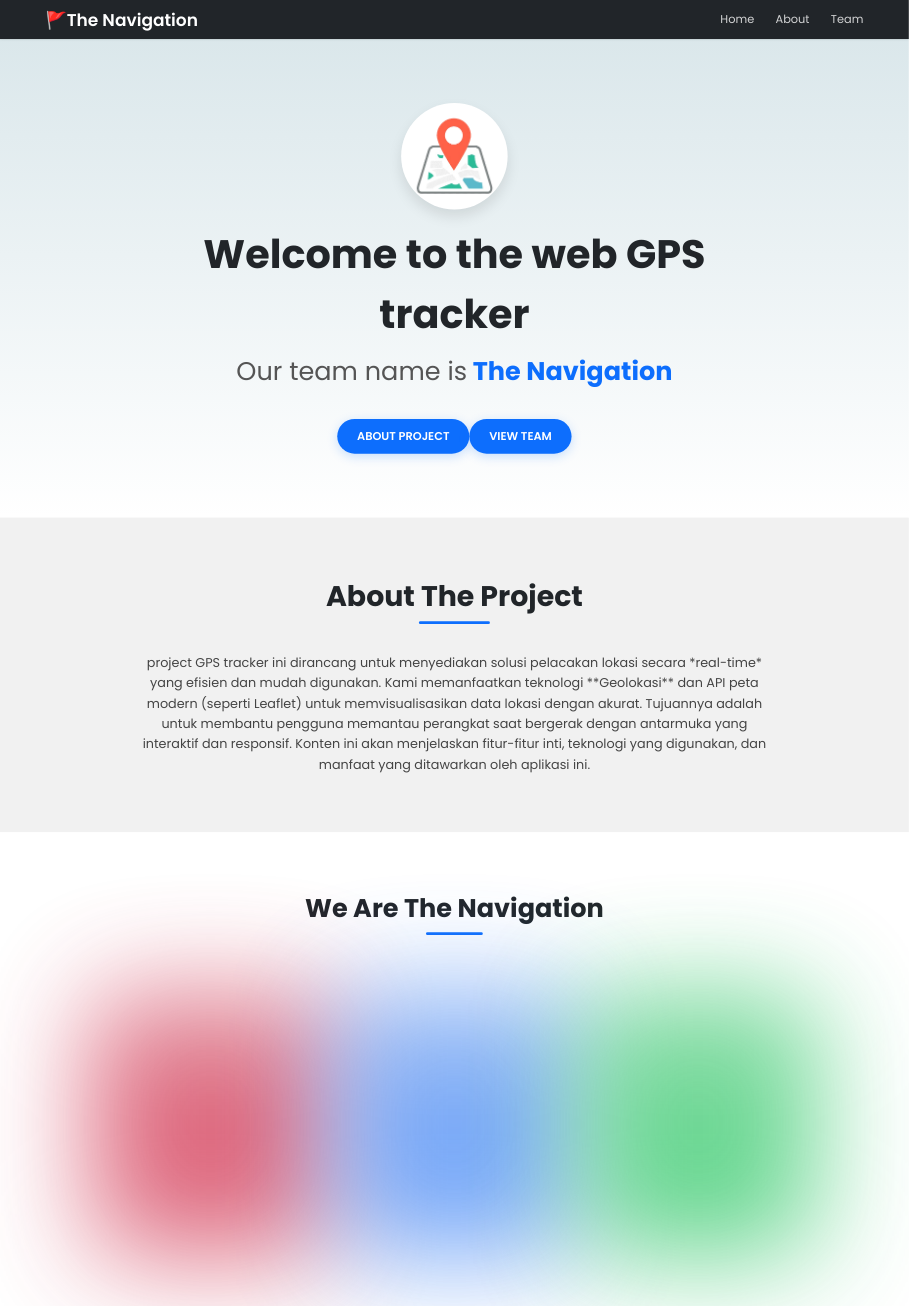
Repository: ammarsetiawan/gps-traker
Page: about.html
An editor plug-in stored every save of this project. The page is shown before and after the next save, followed by the edit.
The browser window is 1280 px wide. The pictures show the whole page, at 71% of full size.
The pointer rests on the first visible `.cards`.

Above is the page before, as saved 2025-11-27 16:57:28.

### about.html
<!DOCTYPE html>
<html lang="en">

<head>
    <meta charset="UTF-8">
    <meta name="viewport" content="width=device-width, initial-scale=1.0">
    <title>GPS Tracking - The Navigation</title>
    <link rel="stylesheet" href="https://unpkg.com/leaflet/dist/leaflet.css" />
    <link href="https://fonts.googleapis.com/css2?family=Poppins:wght@300;400;600;700&display=swap" rel="stylesheet">

    <style>
        :root {
            --primary-color: #0d6efd;
            --secondary-color: #0b5ed7;
            --dark-color: #212529;
            --light-color: #ffffff;
            --background-light: #f1f1f1;
            --red-card: #cf2141;
            --blue-card: #3b82f6;
            --green-card: #22c55e;
            --font-family: 'Poppins', sans-serif;
        }

        /* 🔄 Global Reset & Body */
        * {
            margin: 0;
            padding: 0;
            box-sizing: border-box;
            scroll-behavior: smooth;
        }

        body {
            font-family: var(--font-family);
            background: var(--light-color);
            padding-top: 55px;
            scroll-padding-top: 55px;
            transition: all 0.3s ease;
        }

        /* 🚀 NAVBAR */
        nav {
            background-color: var(--dark-color);
            height: 55px;
            display: flex;
            align-items: center;
            padding: 0 5%;
            position: fixed;
            width: 100%;
            top: 0;
            box-shadow: 0 2px 4px rgba(0, 0, 0, 0.1);
            z-index: 1000;
        }

        nav .brand {
            font-size: 24px;
            font-weight: 600;
            color: var(--light-color);
        }

        nav ul {
            list-style: none;
            display: flex;
            gap: 30px;
            margin-left: auto;
        }

        nav ul li a {
            text-decoration: none;
            color: rgba(255, 255, 255, 0.8);
            font-size: 16px;
            font-weight: 400;
            transition: 0.3s ease;
            position: relative;
            padding-bottom: 5px;
        }

        nav ul li a:hover {
            color: var(--light-color);
        }

        nav ul li a::after {
            content: '';
            position: absolute;
            width: 0;
            height: 2px;
            display: block;
            margin-top: 5px;
            right: 0;
            background: var(--primary-color);
            transition: width 0.3s ease;
        }

        nav ul li a:hover::after {
            width: 100%;
            left: 0;
            right: auto;
        }

        /* 🏠 Hero Section */
        .background {
            background: linear-gradient(to bottom, rgba(73, 136, 155, 0.2), rgba(92, 92, 88, 0));
            min-height: calc(100vh - 55px);
            padding: 50px 0;
            position: relative;
        }

        .container {
            height: 100%;
            display: flex;
            justify-content: center;
            align-items: center;
            padding: 0 5%;
        }

        .sub-container {
            padding: 40px 20px;
            text-align: center;
            max-width: 800px;
            margin: 0 auto;
        }

        .card-icons {
            width: 150px;
            height: 150px;
            display: flex;
            justify-content: center;
            align-items: center;
            margin: 0 auto 20px auto;
            border-radius: 50%;
            background: var(--light-color);
            box-shadow: 0 10px 20px rgba(0, 0, 0, 0.1);
            overflow: hidden;
        }

        .card-icons img {
            max-width: 80%;
            max-height: 80%;
            object-fit: contain;
        }

        .font-home {
            font-size: clamp(30px, 5vw, 56px);
            font-weight: 700;
            display: block;
            margin-bottom: 10px;
            color: var(--dark-color);
        }

        .font {
            display: flex;
            justify-content: center;
            align-items: center;
            font-size: clamp(20px, 3vw, 36px);
            font-weight: 400;
            color: #555;
            margin-bottom: 40px;
        }

        .font span {
            color: var(--primary-color);
            font-weight: 700;
            margin-left: 8px;
        }

        .button-group {
            display: flex;
            justify-content: center;

        }

        /* Tombol Utama */
        .btn-custom {
            gap: 20px;
            display: inline-block;
            background-color: var(--primary-color);
            color: var(--light-color);
            padding: 12px 28px;
            border: none;
            border-radius: 50px;
            font-size: 16px;
            cursor: pointer;
            font-weight: 600;
            box-shadow: 0 4px 15px rgba(0, 110, 255, 0.2);
            transition: all 0.3s ease;
            text-decoration: none;
            text-transform: uppercase;
        }

        .btn-custom:hover {
            background-color: var(--secondary-color);
            transform: translateY(-3px);
            box-shadow: 0 8px 20px rgba(0, 110, 255, 0.3)
        }

        .btn-custom:active {
            background-color: #0a58ca;
            transform: translateY(0);
        }

        /* 📖 About Section */
        .background-page2 {
            background-color: var(--background-light);
            padding: 80px 5%;
            min-height: 400px;
        }

        .about-content {
            text-align: center;
            max-width: 900px;
            margin: 0 auto;
        }

        .about-project {
            font-size: clamp(30px, 4vw, 40px);
            font-weight: 700;
            color: var(--dark-color);
            position: relative;
            display: inline-block;
            margin-bottom: 20px;
        }

        .about-project::after {
            content: '';
            position: absolute;
            bottom: -10px;
            left: 50%;
            transform: translateX(-50%);
            width: 100px;
            height: 4px;
            background-color: var(--primary-color);
            border-radius: 2px;
        }

        .text-about {
            margin-top: 30px;
            font-size: 18px;
            line-height: 1.6;
            color: #444;
            min-height: 100px;
        }


        .background-page3 {
            padding: 80px 5%;

            min-height: 500px;
            text-align: center;
        }

        .team {
            font-size: clamp(28px, 3.5vw, 36px);
            font-weight: 700;
            position: relative;
            display: inline-block;
            margin-bottom: 20px;
            color: var(--dark-color);
        }

        .team::after {
            content: '';
            position: absolute;
            bottom: -10px;
            left: 50%;
            transform: translateX(-50%);
            width: 80px;
            height: 4px;
            background-color: var(--primary-color);
            border-radius: 2px;
        }



        .cards {
            position: relative;
            top: 50px;
            display: grid;
            grid-template-columns: repeat(auto-fit, minmax(280px, 1fr));
            gap: 30px;
            max-width: 1000px;
            margin: 0 auto;
            padding-bottom: 50px;

        }

        .cards .card {

            display: flex;
            align-items: center;
            justify-content: center;
            flex-direction: column;
            text-align: center;
            padding: 30px 20px;
            min-height: 280px;
            border-radius: 15px;
            color: var(--light-color);
            cursor: pointer;
            transition: all 0.4s ease;
            box-shadow: 0 10px 20px rgba(0, 0, 0, 0.1);
            position: relative;
        }

        /* Definisi Warna Kartu */
        .cards .red {
            background-color: var(--red-card);
        }

        .cards .blue {
            background-color: var(--blue-card);
        }

        .cards .green {
            background-color: var(--green-card);
        }


        .cards .card img {
            width: 90px;
            height: 90px;
            border-radius: 50%;
            margin-bottom: 15px;
            object-fit: cover;
            border: 4px solid var(--light-color);
        }

        .cards .card .tip {
            font-size: 1.3em;
            font-weight: 700;
            margin-bottom: 5px;
        }

        .cards .card .second-text {
            font-size: .9em;
            font-weight: 300;
            margin-bottom: 25px;

        }

        .cards .card .btn-custom {
            padding: 10px 20px;
            font-size: 15px;
            background-color: rgba(255, 255, 255, 0.2);
            box-shadow: none;
            border-radius: 20px;
            margin-bottom: 10px;
        }

        .cards .card .btn-custom:hover {
            background-color: rgba(0, 0, 0, 0.4);
            transform: none;
            border-radius: 30px;
        }


        .cards .card:hover {
            transform: translateY(-10px);
            border: #000000 5px solid;
            box-shadow: 0 15px 30px rgba(255, 255, 255, 0.2);
        }



        /* Efek blur pada kartu lain saat hover */
        .cards:hover>.card:not(:hover) {
            filter: blur(80px);
            opacity: 0.8;
            transform: none;
        }


        #menuBtn {
            margin-left: auto;
            background: transparent;
            border: none;
            padding: 5px;
            cursor: pointer;
            display: none;

        }

        #menuBtn div {
            width: 25px;
            height: 3px;
            background-color: var(--light-color);
            margin: 4px 0;
            transition: 0.3s;
            border-radius: 2px;
        }

        /* 📱 MEDIA QUERY: Mobile/Tablet */
        @media (max-width: 768px) {
            .btn-custom {
                margin-bottom: 20px;
            }

            nav {
                padding: 0 3%;
            }

            nav ul {
                position: fixed;
                top: 55px;
                right: 0;
                background: var(--dark-color);
                width: 200px;
                flex-direction: column;
                padding: 15px;
                display: none;
                border-bottom-left-radius: 10px;
                z-index: 999;
                box-shadow: -2px 2px 5px rgba(0, 0, 0, 0.2);
                transform: translateX(100%);
                transition: transform 0.3s ease-out;
            }

            nav ul.show {
                display: flex;
                transform: translateX(0);
            }

            nav ul li a {
                padding: 10px 0;
                display: block;
                border-bottom: 1px solid rgba(255, 255, 255, 0.1);
            }

            #menuBtn {
                display: block;
            }

            .button-group {
                flex-direction: column;
                gap: 15px;
            }

            .btn-custom {
                width: 80%;
                margin: 0 auto;
            }

            /* Perbaikan fokus di mobile */
            .background-page3 {
                padding: 60px 3%;

            }

            .cards {
                grid-template-columns: 1fr;

                top: 30px;
            }
        }
    </style>
</head>

<body>

    <nav>
        <h2 class="brand">🚩The Navigation</h2>

        <button id="menuBtn">
            <div></div>
            <div></div>
            <div></div>
        </button>

        <ul id="menu">
            <li><a href="./index.html">Home</a></li>
            <li><a href="#about-section">About</a></li>
            <li><a href="#view-team">Team</a></li>
        </ul>
    </nav>

    <section class="background">
        <div class="container">
            <div class="sub-container">
                <div class="card-icons">


                    <img src="./png-clipart-gps-navigation-device-gps-tracking-unit-vehicle-tracking-system-icon-green-map-red-location-mark-map-logo-electronics-text-thumbnail-removebg-preview.png"
                        alt="">

                </div>

                <h2 class="font-home">Welcome to the web GPS tracker</h2>
                <div class="font">
                    Our team name is
                    <span class="font-arch">The Navigation</span>
                </div>

                <div class="button-group">
                    <a href="#about-section" class="btn-custom">
                        About Project
                    </a>
                    <a href="#view-team" class="btn-custom">
                        View Team
                    </a>
                </div>
            </div>
        </div>
        <footer>
        </footer>
    </section>

    <section class="background-page2" id="about-section">
        <div class="about-content">
            <h2 class="about-project">About The Project</h2>
            <p class="text-about">
                project GPS tracker ini dirancang untuk menyediakan solusi pelacakan lokasi secara *real-time* yang
                efisien dan mudah digunakan. Kami memanfaatkan teknologi **Geolokasi** dan API peta modern (seperti
                Leaflet) untuk memvisualisasikan data lokasi dengan akurat. Tujuannya adalah untuk membantu pengguna
                memantau perangkat saat bergerak dengan antarmuka yang interaktif dan responsif. Konten ini akan
                menjelaskan fitur-fitur inti, teknologi yang digunakan, dan manfaat yang ditawarkan oleh aplikasi ini.
            </p>
        </div>
    </section>

    <section class="background-page3" id="view-team">
        <div style="text-align: center; padding-bottom: 30px;">
            <h2 class="team">We Are The Navigation</h2>
        </div>

        <div class="cards">
            <div class="card red">
                <img src="data:[embedded picture, 6755 characters]"
                    alt="Furqon Nailul Huda Avatar">
                <p class="tip">Furqon Nailul Huda</p>
                <p class="second-text">Project Lead & Backend Developer</p>

                <a href="#" class="btn-custom">Contact Info</a>
                <a href="#" class="btn-custom">Contact Info</a>
            </div>
            <div class="card blue">
                <img src="data:[embedded picture, 6755 characters]"
                    alt="Ammar Bassam Setiawan Avatar">
                <p class="tip">Ammar Bassam Setiawan</p>
                <p class="second-text">Frontend & UI/UX Specialist</p>
                <a href="#" class="btn-custom">Contact Info</a>
            </div>
            <div class="card green">
                <img src="data:[embedded picture, 6755 characters]"
                    alt="Dhabit Abdilah Adibraja Avatar">
                <p class="tip">Dhabit Abdilah Adibraja</p>
                <p class="second-text">Database & Infrastructure Engineer</p>
                <a href="#" class="btn-custom">Contact Info</a>
            </div>
        </div>
    </section>


    <div id="content"></div>
    <script>
        const btn = document.getElementById("menuBtn");
        const menu = document.getElementById("menu");

        btn.addEventListener("click", () => {
            // Menggunakan class 'show' untuk menampilkan/menyembunyikan menu
            menu.classList.toggle('show');
        });

        // Menutup menu saat link di klik (khusus mobile)
        document.querySelectorAll('#menu a').forEach(link => {
            link.addEventListener('click', () => {
                // Hanya tutup jika tampilan adalah mobile (misalnya, jika menu ditampilkan sebagai dropdown)
                if (window.innerWidth <= 768) {
                    menu.classList.remove('show');
                }
            });
        });
    </script>

</body>

</html>

After the next save:
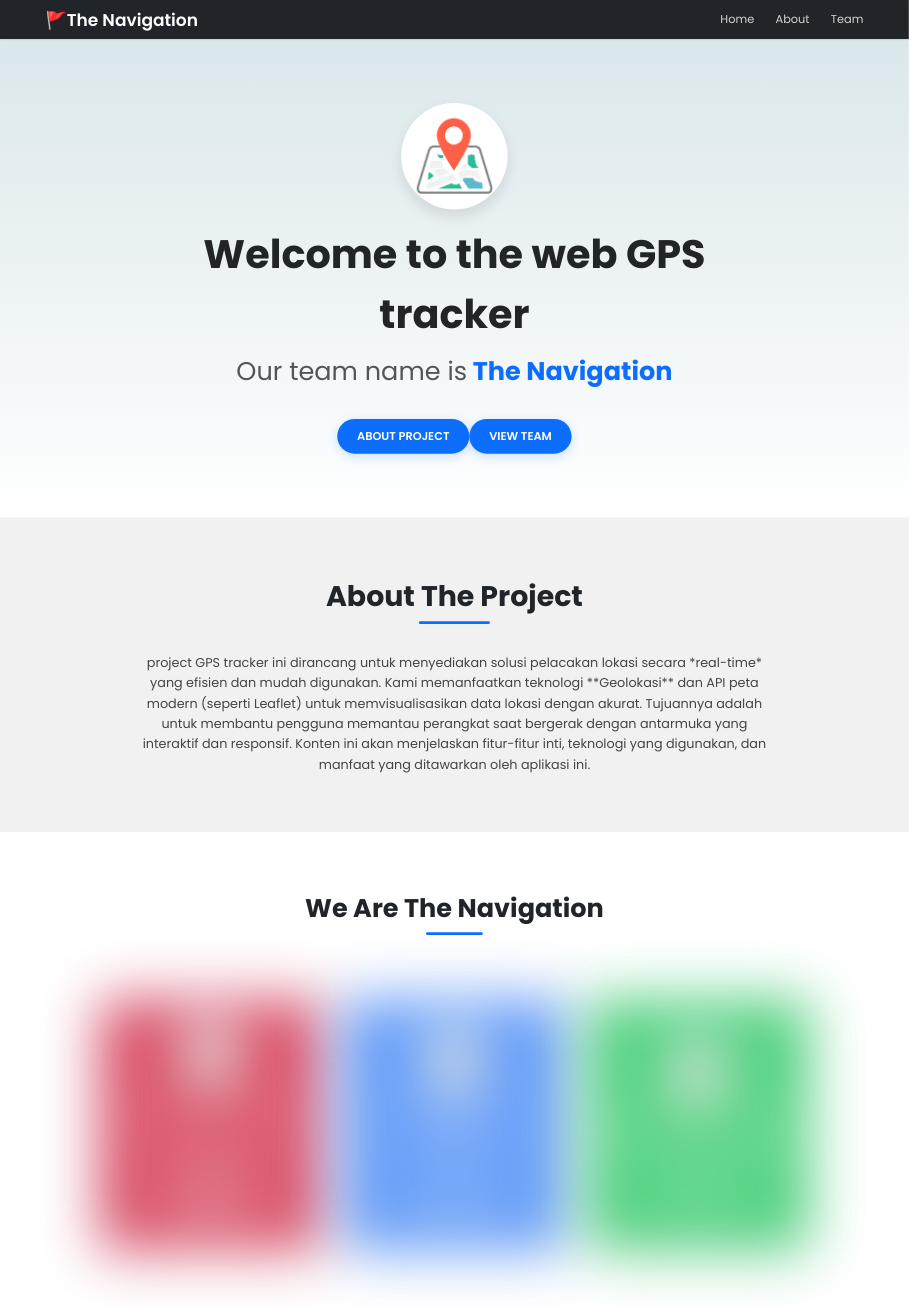
Saved 17 s later.
--- a/about.html
+++ b/about.html
@@ -361,7 +361,7 @@
 
         /* Efek blur pada kartu lain saat hover */
         .cards:hover>.card:not(:hover) {
-            filter: blur(80px);
+            filter: blur(40px);
             opacity: 0.8;
             transform: none;
         }
